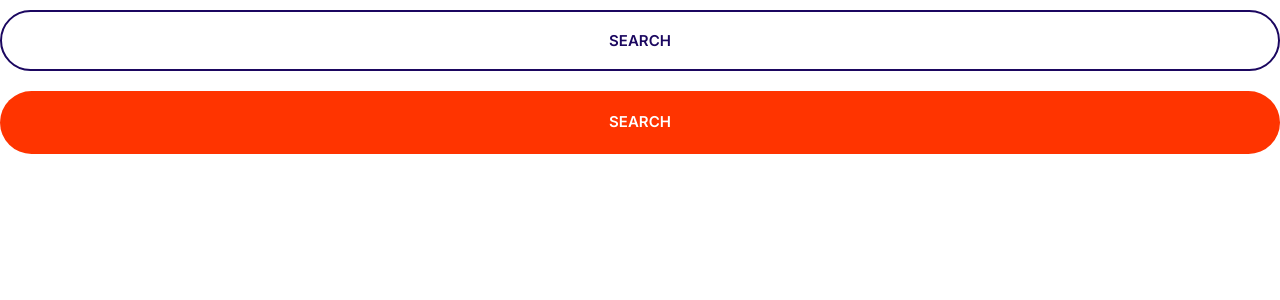
Repository: Qiwenweiii/CodeWithMosh
Page: index.html
These files come from the project's save history. The page is drawn as it stood at one moment and after the next save; the edit follows.
The browser window is 1280 px wide. The pictures show the whole page.
The pointer rests on the first visible `.btn--outline`.

Above is the page before, as saved 2021-11-11 21:00:05.

### index.html
<!DOCTYPE html>
<html>

<head>
    <title>CodeWithMosh</title>
    <meta charset="UTF-8" />

    <link rel="preconnect" href="https://fonts.googleapis.com" />
    <link rel="preconnect" href="https://fonts.gstatic.com" crossorigin />
    <link href="https://fonts.googleapis.com/css2?family=Inter:wght@400;600;700&display=swap" rel="stylesheet" />

    <link rel="stylesheet" href="./styles/normalize.css" />
    <link rel="stylesheet" href="./styles/styles.css" />
</head>

<body>
    <!-- <div class="input-group"> -->
    <!-- <input type="text" class="input" placeholder="Enter domain name here" /> -->
    <button class="btn btn--outline btn--block">Search</button>
    <a href="#" class="btn btn--accent btn--block">Search</a>
    <!-- </div> -->
</body>

</html>

### styles/styles.css
:root {
    /* 定义配色变量 */
    /* 主体配色 */
    --color-primary: #2584ff;
    --color-secondary: #00d9ff;
    --color-accent: #ff3400;
    /* 文本配色 */
    --color-headings: #1b0760;
    --color-body: #918ca4;
    --color-border: #ccc;
    --border-radius: 30px;
}

*,
*::before,
*::after {
    box-sizing: border-box;
}


/* 字体配置 */


/* 设置默认字体大小 */

html {
    /* 默认字体大小是16px，62.5%是10px */
    font-size: 62.5%;
}


/* 设置字体，字体大小和文本颜色 */

body {
    font-family: Inter, Arial, Helvetica, sans-serif;
    color: var(--color-body);
    font-size: 2.4rem;
    line-height: 1.5;
}

h1,
h2,
h3 {
    color: var(--color-headings);
    margin-bottom: 1rem;
}

h1 {
    font-size: 7rem;
}

h2 {
    font-size: 4rem;
}

h3 {
    font-size: 3rem;
}

p {
    margin-top: 0;
}


/* PC端页面字体大小 */

@media screen and (min-width: 1024px) {
    body {
        font-size: 1.8rem;
    }
    h1 {
        font-size: 8rem;
    }
    h3 {
        font-size: 2.4rem;
    }
}


/* 链接配置,Links */

a {
    text-decoration: none;
}

.link-arrow {
    color: var(--color-accent);
    text-transform: uppercase;
    font-size: 2rem;
    font-weight: bold;
}

.link-arrow::after {
    content: "-->";
    margin-left: 5px;
    transition: margin 0.15s;
}

.link-arrow:hover::after {
    margin-left: 10px;
}

@media screen and (min-width: 1024px) {
    .link-arrow {
        font-size: 1.5rem;
    }
}


/* 标签的样式 */


/* 结构 */

.badge {
    border-radius: 20px;
    padding: 0.5rem 2rem;
    font-weight: 600;
    font-size: 2rem;
    white-space: nowrap;
}


/* 外观，常规标签 */

.badge--primary {
    background: var(--color-primary);
    color: #fff;
}

.badge--secondary {
    background: var(--color-secondary);
    color: #fff;
}


/* 小标签 */

.badge--small {
    font-size: 1.6rem;
}

@media screen and (min-width: 1024px) {
    .badge {
        font-size: 1.5rem;
    }
    .badge--small {
        font-size: 1.2rem;
    }
}


/* 列表 */

.list {
    list-style: none;
    padding-left: 0;
    color: var(--color-headings);
}

.list--inline .list__item {
    display: inline-block;
    margin-right: 2rem;
}

.list--tick {
    padding-left: 3rem;
    list-style-image: url(../images/tick.svg);
}

.list--tick .list__item {
    padding-left: 0.5rem;
    margin-bottom: 1rem;
}

@media screen and (min-width: 1024px) {
    .list--tick .list__item {
        padding-left: 0;
    }
}


/* Icon，图标 */

.icon-container {
    display: flex;
    justify-content: center;
    align-items: center;
    background: #f3f9fa;
    width: 64px;
    height: 64px;
    border-radius: 100%;
}

.icon {
    width: 40px;
    height: 40px;
}

.icon--primary {
    fill: var(--color-primary);
}


/* 按钮组件 */

.btn {
    font-size: 1.8rem;
    font-weight: 600;
    text-transform: uppercase;
    text-align: center;
    padding: 2rem 3rem;
    margin: 1rem 0;
    border: 0;
    border-radius: 40px;
    cursor: pointer;
    white-space: nowrap;
}

.btn--primary {
    background-color: var(--color-primary);
    color: #fff;
}

.btn--primary:hover {
    background-color: #3a8ffd;
}

.btn--secondary {
    background-color: var(--color-secondary);
    color: #fff;
}

.btn--secondary:hover {
    background-color: #00c8eb;
}

.btn--accent {
    background-color: var(--color-accent);
    color: #fff;
}

.btn--accent:hover {
    background-color: #ec3000;
}

.btn--outline {
    background-color: #fff;
    color: var(--color-headings);
    border: 2px solid var(--color-headings);
}

.btn--block {
    width: 100%;
    display: inline-block;
}

@media screen and (min-width: 1024px) {
    .btn {
        font-size: 1.5rem;
    }
}


/* 输入框组件 */

.input {
    padding: 1.5rem 3.5rem;
    border: 1px solid var(--color-border);
    border-radius: var(--border-radius);
    outline: none;
    color: var(--color-headings);
    font-size: 2rem;
}

::placeholder {
    color: #cdcdb7;
}

.input-group {
    border: 1px solid var(--color-border);
    border-radius: var(--border-radius);
}

@media screen and (min-width: 1024px) {
    .input {
        font-size: 1.5rem;
    }
}

Loaded but not shown: styles/normalize.css (library)

After the next save:
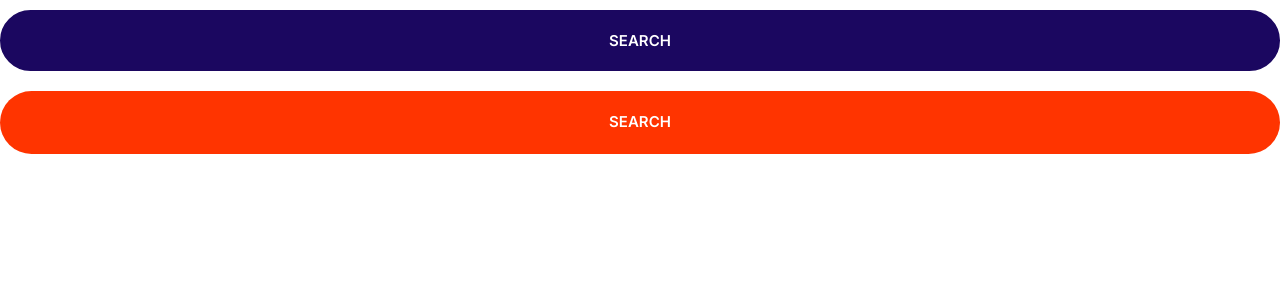
Saved 37 s later.
--- a/styles/styles.css
+++ b/styles/styles.css
@@ -250,6 +250,11 @@ a {
     border: 2px solid var(--color-headings);
 }
 
+.btn--outline:hover {
+    background-color: var(--color-headings);
+    color: #fff;
+}
+
 .btn--block {
     width: 100%;
     display: inline-block;
